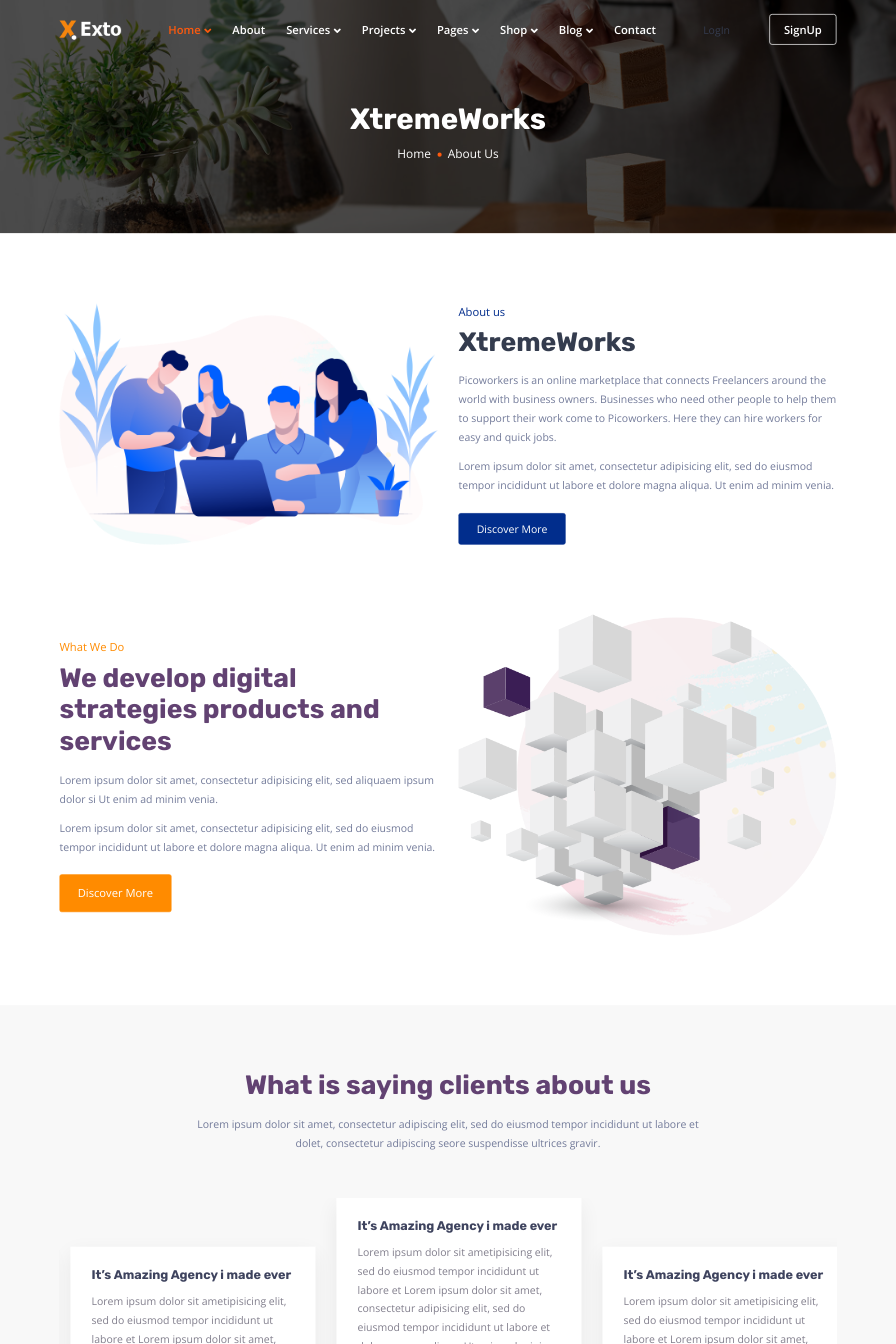
Repository: aakashrajput/XtremeWorks
Page: http://localhost/about
The author's editor kept a copy of each file at every save. The page is drawn from the files as they stood at one save, then again after the next save.
The browser window is 1280 px wide. The pictures show the part of the page from y = 0 to 1920 px (the page is 4289 px tall), at 70% of full size.
The page is served by the project's Laravel application, run on PHP 8.4 with Laravel 8. Other server files are loaded and not shown.

Above is the page before, as saved 2020-03-26 04:16:43.

### routes/web.php
<?php

use Illuminate\Support\Facades\Route;

/*
|--------------------------------------------------------------------------
| Web Routes
|--------------------------------------------------------------------------
|
| Here is where you can register web routes for your application. These
| routes are loaded by the RouteServiceProvider within a group which
| contains the "web" middleware group. Now create something great!
|
*/

Route::get('/', function () {
    return view('site.index');
});

Route::get('/about', function () {
    return view('site.about');
});

### resources/views/site/includes/header.blade.php
<!doctype html>
<html lang="zxx">
    <head>
        <!-- Required meta tags -->
        <meta charset="utf-8">
        <meta name="viewport" content="width=device-width, initial-scale=1, shrink-to-fit=no">

        <!-- Bootstrap Min CSS -->
        <link rel="stylesheet" href="../../assets/css/bootstrap.min.css">
        <!-- Animate Min CSS -->
        <link rel="stylesheet" href="../../assets/css/animate.min.css">
        <!-- FlatIcon CSS -->
        <link rel="stylesheet" href="../../assets/css/flaticon.css">
        <!-- FlatIcon Two CSS -->
        <link rel="stylesheet" href="../../assets/css/flaticon-two.css">
        <!-- FlatIcon Three CSS -->
        <link rel="stylesheet" href="../../assets/css/flaticon-three.css">
        <!-- Odometer Min CSS -->
        <link rel="stylesheet" href="../../assets/css/odometer.min.css">
        <!-- MeanMenu CSS -->
        <link rel="stylesheet" href="../../assets/css/meanmenu.css">
        <!-- Progressbar CSS -->
        <link rel="stylesheet" href="../../assets/css/progressbar.min.css">
        <!-- Magnific Popup Min CSS -->
        <link rel="stylesheet" href="../../assets/css/magnific-popup.min.css">
        <!-- Nice Select Min CSS -->
        <link rel="stylesheet" href="../../assets/css/nice-select.min.css">
        <!-- Owl Carousel Min CSS -->
        <link rel="stylesheet" href="../../assets/css/owl.carousel.min.css">
        <!-- Font Awesome Min CSS -->
        <link rel="stylesheet" href="../../assets/css/fontawesome.min.css">
        <!-- Style CSS -->
        <link rel="stylesheet" href="../../assets/css/style.css">
        <!-- Responsive CSS -->
        <link rel="stylesheet" href="../../assets/css/responsive.css">

        <title>Exto - SEO & Marketing HTML Template</title>

        <link rel="icon" type="image/png" href="../../assets/img/favicon.png">
    </head>

    <body>

        <!-- Preloader Area -->
        <div class="preloader-area">
            <div class="spinner">
                <div class="dot1"></div>
                <div class="dot2"></div>
            </div>
        </div>
        <!-- End Preloader Area -->

        <!-- Start Navbar Area Two -->
        <div class="navbar-area-two">
            <div class="exto-responsive-nav">
                <div class="container">
                    <div class="exto-responsive-menu">
                        <div class="logo">
                            <a href="index.html">
                                <img src="../../assets/img/logo/logo-2.png" alt="logo">
                            </a>
                        </div>
                    </div>
                </div>
            </div>

            <div class="exto-nav">
                <div class="container">
                    <nav class="navbar navbar-expand-md navbar-light">
                        <a class="navbar-brand" href="index.html">
                            <img src="../../assets/img/logo/logo-2.png" alt="logo">
                        </a>
                        <div class="collapse navbar-collapse mean-menu" id="navbarSupportedContent">
                            <ul class="navbar-nav">
                                <li class="nav-item">
                                    <a href="./" class="nav-link active">
                                        Home
                                        <i class="fa fa-angle-down"></i>
                                    </a>
                                </li>
                                <li class="nav-item">
                                    <a href="/about" class="nav-link">About</a>
                                </li>
                                <li class="nav-item">
                                    <a href="index-2.html#" class="nav-link">
                                        Services
                                        <i class="fa fa-angle-down"></i>
                                    </a>
                                    <ul class="dropdown-menu">
                                        <li class="nav-item">
                                            <a href="services.html" class="nav-link">Service</a>
                                        </li>
                                        <li class="nav-item">
                                            <a href="single-services.html" class="nav-link">Service Details</a>
                                        </li>
                                    </ul>
                                </li>
                                <li class="nav-item">
                                    <a href="index-2.html#" class="nav-link">
                                        Projects
                                        <i class="fa fa-angle-down"></i>
                                    </a>
                                    <ul class="dropdown-menu">
                                        <li class="nav-item">
                                            <a href="projects.html" class="nav-link">Project</a>
                                        </li>
                                        <li class="nav-item">
                                            <a href="single-projects.html" class="nav-link">Project Details</a>
                                        </li>
                                    </ul>
                                </li>
                                <li class="nav-item">
                                    <a href="index-2.html#" class="nav-link">
                                        Pages
                                        <i class="fa fa-angle-down"></i>
                                    </a>
                                    <ul class="dropdown-menu">
                                        <li class="nav-item">
                                            <a href="about.html" class="nav-link">About</a>
                                        </li>
                                        <li class="nav-item">
                                            <a href="team.html" class="nav-link">Team</a>
                                        </li>
                                        <li class="nav-item">
                                            <a href="faq.html" class="nav-link">FAQ</a>
                                        </li>
                                        <li class="nav-item">
                                            <a href="pricing.html" class="nav-link">Pricing</a>
                                        </li>
                                        <li class="nav-item">
                                            <a href="login.html" class="nav-link">Log in</a>
                                        </li>
                                        <li class="nav-item">
                                            <a href="signup.html" class="nav-link">Sign up</a>
                                        </li>
                                        <li class="nav-item">
                                            <a href="error-404.html" class="nav-link">404 Error</a>
                                        </li>
                                        <li class="nav-item">
                                            <a href="contact.html" class="nav-link">Contact</a>
                                        </li>
                                        <li class="nav-item">
                                            <a href="coming-soon.html" class="nav-link">Coming Soon</a>
                                        </li>
                                    </ul>
                                </li>
                                <li class="nav-item">
                                    <a href="index-2.html#" class="nav-link">
                                        Shop
                                        <i class="fa fa-angle-down"></i>
                                    </a>
                                    <ul class="dropdown-menu">
                                        <li class="nav-item">
                                            <a href="shop.html" class="nav-link">Shop</a>
                                        </li>
                                        <li class="nav-item">
                                            <a href="single-product.html" class="nav-link">Single Products</a>
                                        </li>
                                        <li class="nav-item">
                                            <a href="cart.html" class="nav-link">Cart</a>
                                        </li>
                                        <li class="nav-item">
                                            <a href="checkout.html" class="nav-link">Checkout</a>
                                        </li>
                                    </ul>
                                </li>
                                <li class="nav-item">
                                    <a href="index-2.html#" class="nav-link">
                                        Blog
                                        <i class="fa fa-angle-down"></i>
                                    </a>
                                    <ul class="dropdown-menu">
                                        <li class="nav-item">
                                            <a href="blog.html" class="nav-link">Blog</a>
                                        </li>
                                        <li class="nav-item">
                                            <a href="single-blog.html" class="nav-link">Blog Details</a>
                                        </li>
                                    </ul>
                                </li>
                                <li class="nav-item">
                                    <a href="contact.html" class="nav-link">Contact</a>
                                </li>
                            </ul>

                            <a href="" class="nav-link">LogIn</a>
                            <div class="others-options saas-option">
                                <a class="saas-nav-btn" href="index-2.html#">
                                    SignUp
                                </a>
                            </div>
                        </div>
                    </nav>
                </div>
            </div>
        </div>
        <!-- End Navbar Area Two -->

### public/assets/css/flaticon.css
/*
Flaticon icon font: Flaticon
*/
@font-face {
	font-family: "Flaticon";
	src: url("../fonts/Flaticon.eot");
	src: url("../fonts/Flaticon.eot%3F") format("embedded-opentype"),
	url("../fonts/Flaticon.woff2") format("woff2"),
	url("../fonts/Flaticon.woff") format("woff"),
	url("../fonts/Flaticon.ttf") format("truetype"),
	url("../fonts/Flaticon.svg") format("svg");
	font-weight: normal;
	font-style: normal;
}
@media screen and (-webkit-min-device-pixel-ratio:0) {
	@font-face {
		font-family: "Flaticon";
		src: url("../fonts/Flaticon.svg") format("svg");
	}
}
[class^="flaticon-"]:before, [class*=" flaticon-"]:before,
[class^="flaticon-"]:after, [class*=" flaticon-"]:after {
	font-family: Flaticon;
	font-style: normal;
}

.flaticon-right-arrow:before { content: "\f100"; }
.flaticon-claim:before { content: "\f101"; }
.flaticon-lock:before { content: "\f102"; }
.flaticon-diagram:before { content: "\f103"; }
.flaticon-money:before { content: "\f104"; }
.flaticon-pen:before { content: "\f105"; }
.flaticon-refresh:before { content: "\f106"; }
.flaticon-budget:before { content: "\f107"; }
.flaticon-data:before { content: "\f108"; }
.flaticon-file:before { content: "\f109"; }
.flaticon-ruler:before { content: "\f10a"; }
.flaticon-facebook:before { content: "\f10b"; }
.flaticon-twitter:before { content: "\f10c"; }
.flaticon-linkedin:before { content: "\f10d"; }
.flaticon-instagram-logo:before { content: "\f10e"; }

### public/assets/css/flaticon-two.css
	/*
  	Flaticon icon font: Flaticon
  	Creation date: 22/12/2019 12:08
  	*/

@font-face {
	font-family: "Flaticon";
	src: url("../fonts/style-one/Flaticon.eot");
	src: url("../fonts/style-one/Flaticon.eot%3F") format("embedded-opentype"),
	url("../fonts/style-one/Flaticon.woff2") format("woff2"),
	url("../fonts/style-one/Flaticon.woff") format("woff"),
	url("../fonts/style-one/Flaticon.ttf") format("truetype"),
	url("../fonts/style-one/Flaticon.svg") format("svg");
	font-weight: normal;
	font-style: normal;
}
@media screen and (-webkit-min-device-pixel-ratio:0) {
	@font-face {
		font-family: "Flaticon";
		src: url("../fonts/style-one/Flaticon.svg") format("svg");
	}
}
[class^="flaticon-"]:before, [class*=" flaticon-"]:before,
[class^="flaticon-"]:after, [class*=" flaticon-"]:after {
	font-family: Flaticon;
	font-style: normal;
}

.flaticon-headphones:before { content: "\f100"; }
.flaticon-tag:before { content: "\f101"; }
.flaticon-cyber-security:before { content: "\f102"; }
.flaticon-innovation:before { content: "\f103"; }
.flaticon-content:before { content: "\f104"; }
.flaticon-unlink:before { content: "\f105"; }
.flaticon-data:before { content: "\f106"; }
.flaticon-goal:before { content: "\f107"; }
.flaticon-modules:before { content: "\f108"; }
.flaticon-work-time:before { content: "\f109"; }
.flaticon-it:before { content: "\f10a"; }
.flaticon-monitor:before { content: "\f10b"; }
.flaticon-appointment:before { content: "\f10c"; }
.flaticon-user:before { content: "\f10d"; }
.flaticon-dancer-motion:before { content: "\f10e"; }
.flaticon-cropping-tool:before { content: "\f10f"; }
.flaticon-brain-and-head:before { content: "\f110"; }
.flaticon-telephone:before { content: "\f111"; }
.flaticon-envelope:before { content: "\f112"; }
.flaticon-edit:before { content: "\f113"; }
.flaticon-placeholder:before { content: "\f114"; }

### public/assets/css/flaticon-three.css
	/*
  	Flaticon icon font: Flaticon
  	Creation date: 02/01/2020 10:22
  	*/

@font-face {
	font-family: "Flaticon";
	src: url("../fonts/style-two/Flaticon.eot");
	src: url("../fonts/style-two/Flaticon.eot%3F") format("embedded-opentype"),
	url("../fonts/style-two/Flaticon.woff2") format("woff2"),
	url("../fonts/style-two/Flaticon.woff") format("woff"),
	url("../fonts/style-two/Flaticon.ttf") format("truetype"),
	url("../fonts/style-two/Flaticon.svg") format("svg");
	font-weight: normal;
	font-style: normal;
}

@media screen and (-webkit-min-device-pixel-ratio:0) {
  @font-face {
		font-family: "Flaticon";
		src: url("../fonts/style-two/Flaticon.svg") format("svg");
	}
}
[class^="flaticon-"]:before, [class*=" flaticon-"]:before,
[class^="flaticon-"]:after, [class*=" flaticon-"]:after {
	font-family: Flaticon;
	font-style: normal;
}

.flaticon-industry:before { content: "\f100"; }
.flaticon-group:before { content: "\f101"; }
.flaticon-promotion:before { content: "\f102"; }
.flaticon-coffee-cup:before { content: "\f103"; }

### public/assets/css/progressbar.min.css
.circle-chart{width:150px;height:150px}.circle-chart__circle{stroke:#00acc1;stroke-width:2;stroke-linecap:square;fill:none;animation:circle-chart-fill 2s reverse;transform:rotate(-90deg);transform-origin:center}.circle-chart__circle--negative{transform:rotate(-90deg)scale(1,-1)}.circle-chart__background{stroke:#efefef;stroke-width:2;fill:none}.circle-chart__info{animation:circle-chart-appear 2s forwards;opacity:0;transform:translateY(0.3em)}.circle-chart__percent{alignment-baseline:central;text-anchor:middle;font-size:8px}.circle-chart__subline{alignment-baseline:central;text-anchor:middle;font-size:3px}.success-stroke{stroke:#ff8a00}.warning-stroke{stroke:#ffbb33}.danger-stroke{stroke:#ff4444}
@keyframes circle-chart-fill{to{stroke-dasharray:0 100}}
@keyframes circle-chart-appear{to{opacity:1;transform:translateY(0)}}

Loaded but not shown: public/assets/css/bootstrap.min.css (library); public/assets/css/animate.min.css (library); public/assets/css/odometer.min.css (library); public/assets/css/meanmenu.css (common file); public/assets/css/magnific-popup.min.css (library); public/assets/css/nice-select.min.css (library); public/assets/css/owl.carousel.min.css (library); public/assets/css/fontawesome.min.css (library); public/assets/css/style.css (library); public/assets/js/jquery.min.js (library); public/assets/js/popper.min.js (library); public/assets/js/bootstrap.min.js (library); public/assets/js/jquery.meanmenu.js (library); public/assets/js/jquery.appear.min.js (common file); public/assets/js/odometer.min.js (library); public/assets/js/owl.carousel.min.js (library); public/assets/js/jquery.magnific-popup.min.js (library); public/assets/js/wow.min.js (library); public/assets/js/particles.min.js (library); public/assets/js/main.js (330 lines, source omitted); public/assets/js/jquery.nice-select.min.js (4 lines, source omitted); public/assets/js/progressbar.min.js (4 lines, source omitted); public/assets/css/responsive.css (2922 lines, source omitted); resources/views/site/about.blade.php (316 lines, source omitted); resources/views/site/includes/footer.blade.php (168 lines, source omitted)

After the next save:
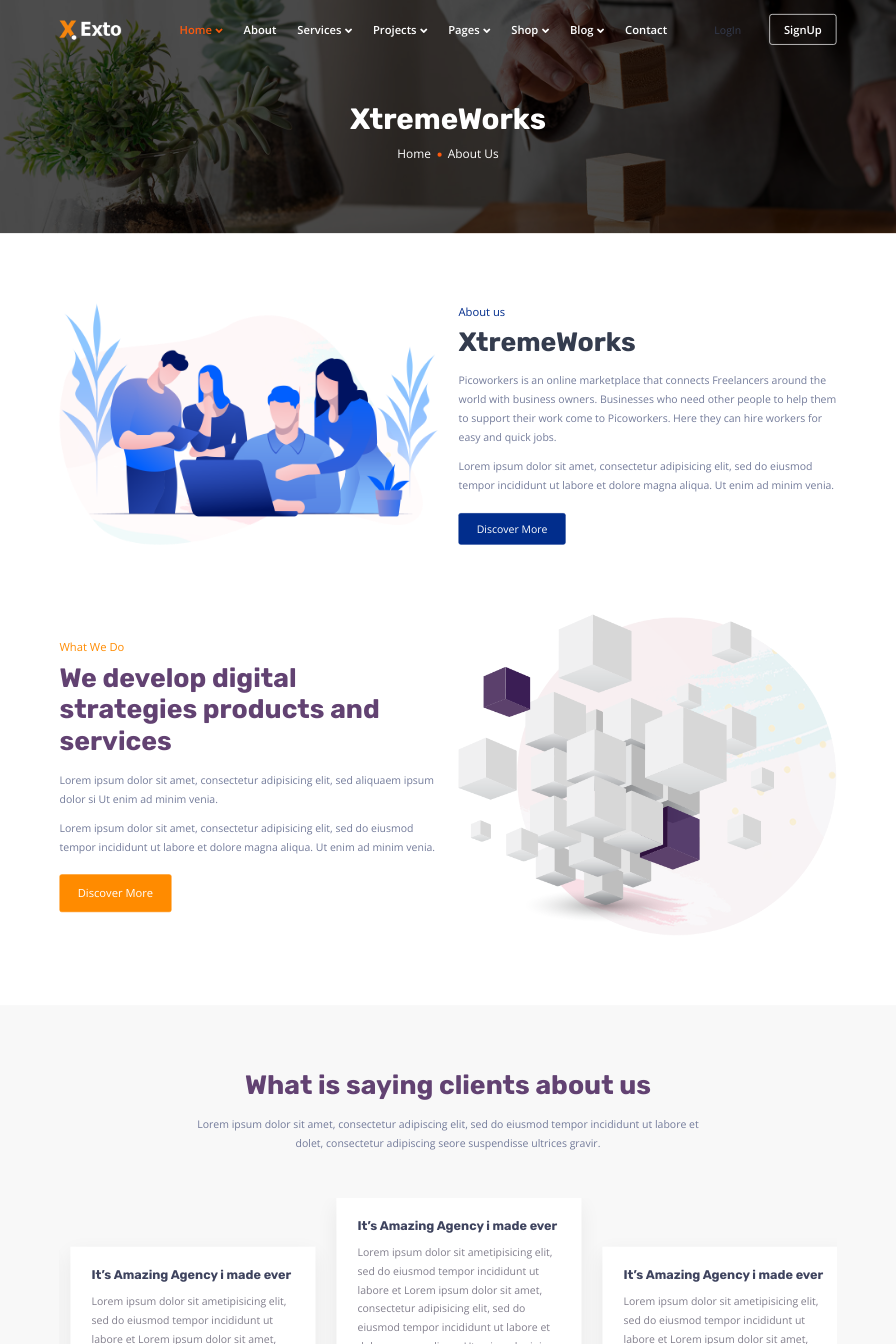
Saved 23 s later.
--- a/resources/views/site/includes/header.blade.php
+++ b/resources/views/site/includes/header.blade.php
@@ -183,7 +183,7 @@
                                 </li>
                             </ul>
 
-                            <a href="" class="nav-link">LogIn</a>
+                            <a href="">LogIn</a>
                             <div class="others-options saas-option">
                                 <a class="saas-nav-btn" href="index-2.html#">
                                     SignUp
